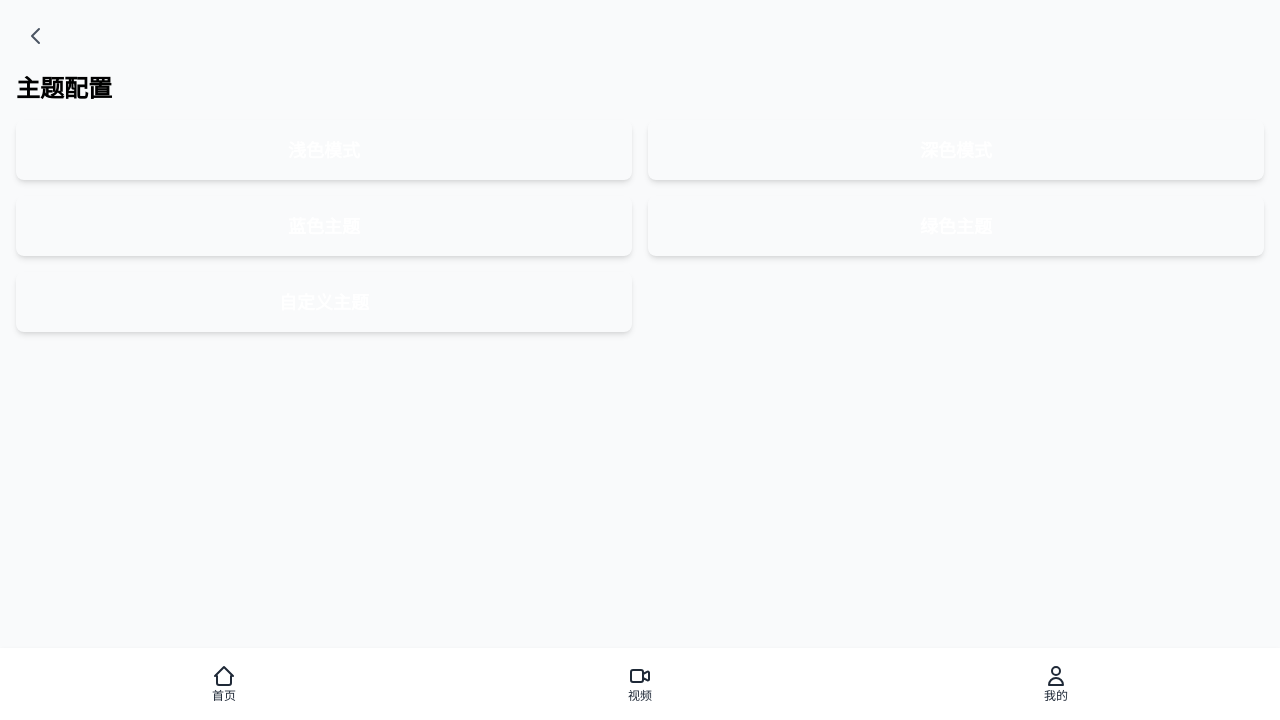
Repository: Look625/simpleNewsForAIRace
Page: /profile/theme-config
An editor plug-in stored every save of this project. The page is shown before and after the next save, followed by the edit.
The browser window is 1280 px wide. The pictures show the whole page.
The project was rebuilt for these pictures with package versions that can differ from the ones it lists, and the page was loaded fresh each time. Also part of the build but not shown: vite.config.ts.

Above is the page before, as saved 2025-02-26 10:25:20.

### index.html
<!DOCTYPE html>
<html lang="en">
  <head>
    <meta charset="UTF-8" />
    <link rel="icon" type="image/svg+xml" href="/vite.svg" />
    <meta name="viewport" content="width=device-width, initial-scale=1.0" />
    <title>MyAPP</title>
  </head>
  <body>
    <div id="app"></div>
    <script type="module" src="/src/main.ts"></script>
  </body>
</html>

### src/main.ts
import { createApp } from 'vue'
import { createPinia } from 'pinia'
import App from './App.vue'
import router from './router'
import './index.css'
import './assets/theme.css'

const app = createApp(App)
app.use(createPinia())
app.use(router)
app.mount('#app')

### src/App.vue
<template>
  <div id="app">
    <router-view />
    <TabBar />
  </div>
</template>

<script setup lang="ts">
import TabBar from '@/components/TabBar.vue'
</script>

<style>
/* 这里可以添加全局样式 */
</style>

### src/router/index.ts
import { createRouter, createWebHistory } from 'vue-router'
import type { RouteRecordRaw } from 'vue-router'

const routes: RouteRecordRaw[] = [
  {
    path: '/',
    name: 'Home',
    component: () => import('@/views/Home.vue'),
    meta: {
      title: '首页'
    }
  },
  {
    path: '/video',
    name: 'Video',
    component: () => import('@/views/Video.vue'),
    meta: {
      title: '视频'
    }
  },
  {
    path: '/video/:id',
    name: 'VideoDetail',
    component: () => import('@/views/VideoDetail.vue'),
    meta: {
      title: '视频详情'
    }
  },
  {
    path: '/profile',
    name: 'Profile',
    component: () => import('@/views/Profile.vue'),
    meta: {
      title: '我的'
    }
  },
  {
    path: '/profile/edit',
    name: 'ProfileEdit',
    component: () => import('@/views/ProfileEdit.vue'),
    meta: {
      title: '编辑个人资料'
    }
  },
  {
    path: '/profile/theme-config',
    name: 'ThemeConfig',
    component: () => import('@/views/ThemeConfig.vue'),
    meta: {
      title: '主题配置'
    }
  },
  {
    path: '/article/:id',
    name: 'Article',
    component: () => import('@/views/Article.vue'),
    meta: {
      title: '文章详情'
    }
  }
]

const router = createRouter({
  history: createWebHistory(),
  routes,
  scrollBehavior(to, from, savedPosition) {
    if (savedPosition) {
      return savedPosition
    } else {
      return { top: 0 }
    }
  }
})

export default router

### src/index.css
@tailwind base;
@tailwind components;
@tailwind utilities;

html, body {
  height: 100%;
}

#app {
  min-height: 100%;
}

### src/assets/theme.css
/* 浅色主题 */
[data-theme='light'] {
  --bg-primary: theme('colors.white');
  --text-primary: theme('colors.gray.800');
}

/* 深色主题 */
[data-theme='dark'] {
  --bg-primary: theme('colors.gray.900');
  --text-primary: theme('colors.gray.100');
}

/* 蓝色主题 */
[data-theme='blue'] {
  --bg-primary: theme('colors.blue.50');
  --text-primary: theme('colors.blue.900');
}

/* 绿色主题 */
[data-theme='green'] {
  --bg-primary: theme('colors.green.50');
  --text-primary: theme('colors.green.900');
}

/* 自定义主题 */
[data-theme='custom'] {
  --bg-primary: var(--custom-background);
  --text-primary: var(--custom-text);
}

/* 应用主题颜色 */
body {
  background-color: var(--bg-primary);
  color: var(--text-primary);
}

.theme-primary {
  background-color: var(--custom-primary);
}

.theme-secondary {
  background-color: var(--custom-secondary);
}

/* 导航栏主题样式 */
[data-theme='light'] .tab-bar {
  --nav-bg: theme('colors.white');
  --nav-text: theme('colors.gray.500');
  --nav-active: theme('colors.blue.500');
}

[data-theme='dark'] .tab-bar {
  --nav-bg: theme('colors.gray.900');
  --nav-text: theme('colors.gray.400');
  --nav-active: theme('colors.blue.400');
}

[data-theme='blue'] .tab-bar {
  --nav-bg: theme('colors.blue.50');
  --nav-text: theme('colors.blue.600');
  --nav-active: theme('colors.blue.500');
}

[data-theme='green'] .tab-bar {
  --nav-bg: theme('colors.green.50');
  --nav-text: theme('colors.green.600');
  --nav-active: theme('colors.green.500');
}

[data-theme='custom'] .tab-bar {
  --nav-bg: var(--custom-background);
  --nav-text: var(--custom-text);
  --nav-active: var(--custom-primary);
}

### src/components/TabBar.vue
<template>
  <footer :class="['fixed bottom-0 left-0 right-0 shadow-md z-100', currentThemeClass]">
    <div class="flex justify-around p-4">
      <router-link to="/" class="flex flex-col items-center" active-class="text-blue-500">
        <svg class="w-6 h-6" fill="none" stroke="currentColor" viewBox="0 0 24 24">
          <path stroke-linecap="round" stroke-linejoin="round" stroke-width="2" d="M3 12l9-9 9 9M5 12v7a2 2 0 002 2h10a2 2 0 002-2v-7" />
        </svg>
        <span class="text-xs">首页</span>
      </router-link>
      <router-link to="/video" class="flex flex-col items-center" active-class="text-blue-500">
        <svg class="w-6 h-6" fill="none" stroke="currentColor" viewBox="0 0 24 24">
          <path stroke-linecap="round" stroke-linejoin="round" stroke-width="2" d="M15 10l4.553-2.276A1 1 0 0121 8.618v6.764a1 1 0 01-1.447.894L15 14M5 18h8a2 2 0 002-2V8a2 2 0 00-2-2H5a2 2 0 00-2 2v8a2 2 0 002 2z" />
        </svg>
        <span class="text-xs">视频</span>
      </router-link>
      <router-link to="/profile" class="flex flex-col items-center" active-class="text-blue-500">
        <svg class="w-6 h-6" fill="none" stroke="currentColor" viewBox="0 0 24 24">
          <path stroke-linecap="round" stroke-linejoin="round" stroke-width="2" d="M16 7a4 4 0 11-8 0 4 4 0 018 0zM12 14a7 7 0 00-7 7h14a7 7 0 00-7-7z" />
        </svg>
        <span class="text-xs">我的</span>
      </router-link>
    </div>
  </footer>
</template>

<script setup lang="ts">
import { computed } from 'vue'
import { useRoute } from 'vue-router'
import { useThemeStore } from '@/stores/theme'

const route = useRoute()
const themeStore = useThemeStore()
const currentThemeClass = computed(() => {
  switch (themeStore.currentTheme) {
    case 'light':
      return 'bg-white text-gray-800'
    case 'dark':
      return 'bg-gray-800 text-white'
    case 'blue':
      return 'bg-blue-500 text-white'
    case 'green':
      return 'bg-green-500 text-white'
    default:
      return 'bg-white text-gray-800'
  }
})
</script>

<style scoped>
footer {
  z-index: 100; /* 确保 TabBar 在其他内容之上 */
  box-shadow: 0 2px 4px rgba(0, 0, 0, 0.1); /* 添加阴影效果 */
}
</style>

### src/views/ThemeConfig.vue
<template>
  <div class="theme-config min-h-screen bg-gray-50 p-4">
    <!-- 返回按钮 -->
    <button @click="router.back()" class="mb-4 text-gray-600 hover:bg-gray-100 p-2 rounded-full">
      <svg class="w-6 h-6" fill="none" stroke="currentColor" viewBox="0 0 24 24">
        <path stroke-linecap="round" stroke-linejoin="round" stroke-width="2" d="M15 19l-7-7 7-7" />
      </svg>
    </button>

    <h1 class="text-2xl font-bold mb-4">主题配置</h1>
    <div class="grid grid-cols-2 gap-4">
      <button
        v-for="theme in themes"
        :key="theme.value"
        class="p-4 rounded-lg shadow-md transition-transform transform hover:scale-105"
        :style="{ background: theme.bgColor }"
        @click="applyTheme(theme.value)"
      >
        <h2 class="text-lg font-semibold text-white">{{ theme.label }}</h2>
      </button>
    </div>
  </div>
</template>

<script setup lang="ts">
import { ref } from 'vue'
import { useRouter } from 'vue-router'
import { useThemeStore } from '@/stores/theme'

const router = useRouter()
const themeStore = useThemeStore()

const themes = ref([
  { label: '浅色模式', value: 'light', bgClass: 'bg-white text-gray-800',bgColor:'bg-white' },
  { label: '深色模式', value: 'dark', bgClass: 'bg-gray-800 text-white',bgColor:'bg-gray-800' },
  { label: '蓝色主题', value: 'blue', bgClass: 'bg-blue-500 text-white',bgColor:'bg-blue-500' },
  { label: '绿色主题', value: 'green', bgClass: 'bg-green-500 text-white',bgColor:'bg-green-500' },
  { label: '自定义主题', value: 'custom', bgClass: 'theme-primary text-white',bgColor:'theme-primary' },
])

const applyTheme = (themeName: string) => {
  themeStore.saveThemeConfig(themeName, themeStore.customColors)
  console.log(`应用主题: ${themeName}`)
}
</script>

<style scoped>
.theme-config {
  background-color: #f9fafb; /* 背景色 */
}
</style>

### src/stores/theme.ts
import { defineStore } from 'pinia'

export type ThemeType = 'light' | 'dark' | 'blue' | 'green' | 'custom'

export interface ThemeOption {
  label: string
  value: ThemeType
  bgClass: string
  active: boolean
  order: number
}

export type ThemeColors = {
  primary: string
  secondary: string
  background: string
  text: string
}

interface ThemeState {
  currentTheme: ThemeType
  customColors: ThemeColors
  themeOptions: ThemeOption[]
}

const defaultCustomColors: ThemeColors = {
  primary: '#3b82f6',
  secondary: '#60a5fa',
  background: '#ffffff',
  text: '#1f2937'
}

const defaultThemeOptions: ThemeOption[] = [
  { label: '浅色模式', value: 'light', bgClass: 'bg-white text-gray-800', active: true, order: 0 },
  { label: '深色模式', value: 'dark', bgClass: 'bg-gray-800 text-white', active: true, order: 1 },
  { label: '蓝色主题', value: 'blue', bgClass: 'bg-blue-500 text-white', active: true, order: 2 },
  { label: '绿色主题', value: 'green', bgClass: 'bg-green-500 text-white', active: true, order: 3 },
  { label: '自定义主题', value: 'custom', bgClass: 'theme-primary text-white', active: true, order: 4 }
]

export const useThemeStore = defineStore('theme', {
  state: (): ThemeState => ({
    currentTheme: (localStorage.getItem('theme') as ThemeType) || 'light',
    customColors: JSON.parse(localStorage.getItem('customColors') || JSON.stringify(defaultCustomColors)),
    themeOptions: JSON.parse(localStorage.getItem('themeOptions') || JSON.stringify(defaultThemeOptions))
  }),
  getters: {
    activeThemes: (state) => {
      return state.themeOptions
        .filter(theme => theme.active)
        .sort((a, b) => a.order - b.order)
        .slice(0, 5)
    }
  },
  actions: {
    setTheme(theme: ThemeType) {
      this.currentTheme = theme
      document.documentElement.setAttribute('data-theme', theme)
      localStorage.setItem('theme', theme)

      // 应用主题颜色
      if (theme === 'light') {
        document.documentElement.style.setProperty('--bg-primary', '#ffffff');
        document.documentElement.style.setProperty('--text-primary', '#1f2937');
      } else if (theme === 'dark') {
        document.documentElement.style.setProperty('--bg-primary', '#1f2937');
        document.documentElement.style.setProperty('--text-primary', '#ffffff');
      } else if (theme === 'blue') {
        document.documentElement.style.setProperty('--bg-primary', '#3b82f6');
        document.documentElement.style.setProperty('--text-primary', '#ffffff');
      } else if (theme === 'green') {
        document.documentElement.style.setProperty('--bg-primary', '#22c55e');
        document.documentElement.style.setProperty('--text-primary', '#ffffff');
      }
    },
    saveThemeConfig(theme: ThemeType, colors: Partial<ThemeColors>) {
      this.setTheme(theme)
      this.setCustomColors(colors)
    },
    setCustomColors(colors: Partial<ThemeColors>) {
      this.customColors = { ...this.customColors, ...colors }
      localStorage.setItem('customColors', JSON.stringify(this.customColors))
      if (this.currentTheme === 'custom') {
        this.applyCustomColors()
      }
    },
    applyCustomColors() {
      const root = document.documentElement
      root.style.setProperty('--custom-primary', this.customColors.primary)
      root.style.setProperty('--custom-secondary', this.customColors.secondary)
      root.style.setProperty('--custom-background', this.customColors.background)
      root.style.setProperty('--custom-text', this.customColors.text)
    },
    updateThemeOptions(options: ThemeOption[]) {
      this.themeOptions = options
      localStorage.setItem('themeOptions', JSON.stringify(options))
    },
    toggleTheme(value: ThemeType) {
      const theme = this.themeOptions.find(t => t.value === value)
      if (theme) {
        theme.active = !theme.active
        localStorage.setItem('themeOptions', JSON.stringify(this.themeOptions))
      }
    },
    reorderThemes(fromIndex: number, toIndex: number) {
      const themes = [...this.themeOptions]
      const [removed] = themes.splice(fromIndex, 1)
      themes.splice(toIndex, 0, removed)
      themes.forEach((theme, index) => {
        theme.order = index
      })
      this.themeOptions = themes
      localStorage.setItem('themeOptions', JSON.stringify(themes))
    }
  }
})

### tailwind.config.js
/** @type {import('tailwindcss').Config} */
export default {
  content: [
    "./index.html",
    "./src/**/*.{vue,js,ts,jsx,tsx}",
  ],
  theme: {
    extend: {
      colors: {
        // 定义主题颜色
        primary: {
          light: '#ffffff',
          dark: '#1a1a1a',
          blue: '#3b82f6',
          green: '#22c55e'
        }
      }
    },
  },
  plugins: [],
}

After the next save:
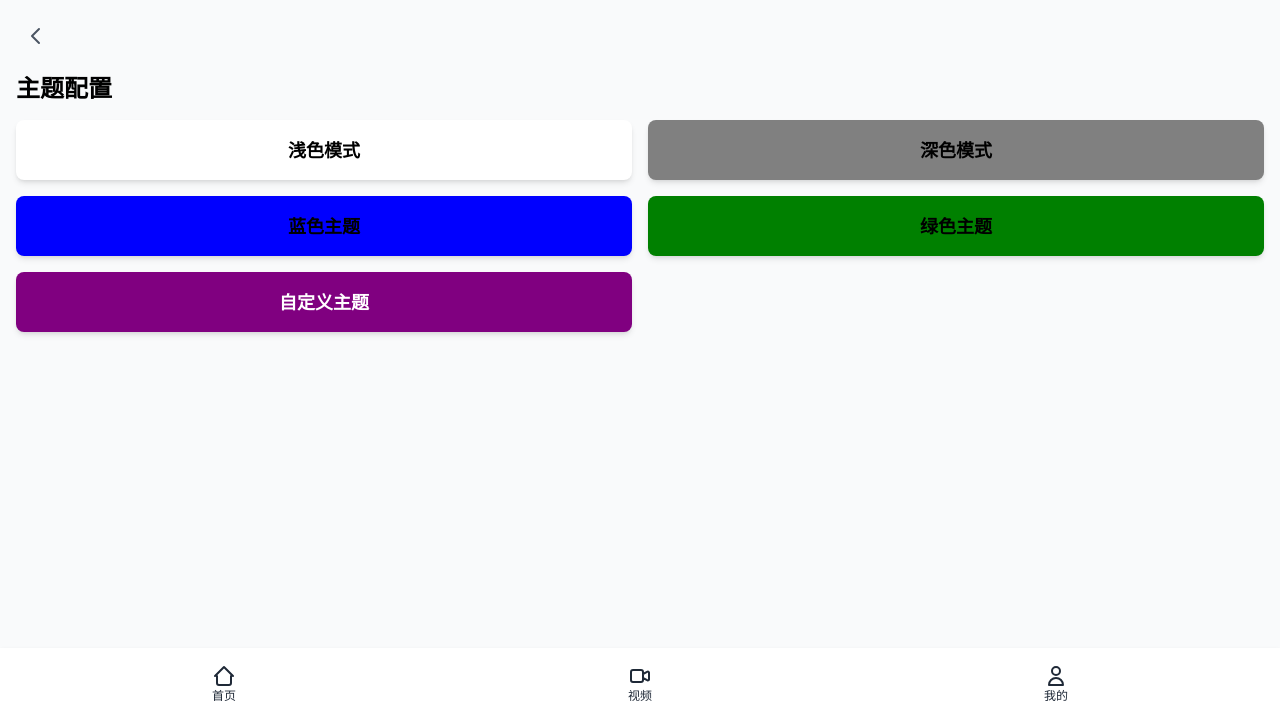
Saved 2 min 23 s later.
--- a/src/views/ThemeConfig.vue
+++ b/src/views/ThemeConfig.vue
@@ -13,10 +13,10 @@
         v-for="theme in themes"
         :key="theme.value"
         class="p-4 rounded-lg shadow-md transition-transform transform hover:scale-105"
-        :style="{ background: theme.bgColor }"
+        :style="{ background: theme.bgColor, color: theme.value === 'custom' ? 'white' : 'black' }"
         @click="applyTheme(theme.value)"
       >
-        <h2 class="text-lg font-semibold text-white">{{ theme.label }}</h2>
+        <h2 class="text-lg font-semibold">{{ theme.label }}</h2>
       </button>
     </div>
   </div>
@@ -31,11 +31,11 @@
 const themeStore = useThemeStore()
 
 const themes = ref([
-  { label: '浅色模式', value: 'light', bgClass: 'bg-white text-gray-800',bgColor:'bg-white' },
-  { label: '深色模式', value: 'dark', bgClass: 'bg-gray-800 text-white',bgColor:'bg-gray-800' },
-  { label: '蓝色主题', value: 'blue', bgClass: 'bg-blue-500 text-white',bgColor:'bg-blue-500' },
-  { label: '绿色主题', value: 'green', bgClass: 'bg-green-500 text-white',bgColor:'bg-green-500' },
-  { label: '自定义主题', value: 'custom', bgClass: 'theme-primary text-white',bgColor:'theme-primary' },
+  { label: '浅色模式', value: 'light', bgClass: 'bg-white text-gray-800', bgColor: 'white' },
+  { label: '深色模式', value: 'dark', bgClass: 'bg-gray-800 text-white', bgColor: 'gray' },
+  { label: '蓝色主题', value: 'blue', bgClass: 'bg-blue-500 text-white', bgColor: 'blue' },
+  { label: '绿色主题', value: 'green', bgClass: 'bg-green-500 text-white', bgColor: 'green' },
+  { label: '自定义主题', value: 'custom', bgClass: 'theme-primary text-white', bgColor: 'purple' },
 ])
 
 const applyTheme = (themeName: string) => {

After the save that followed:
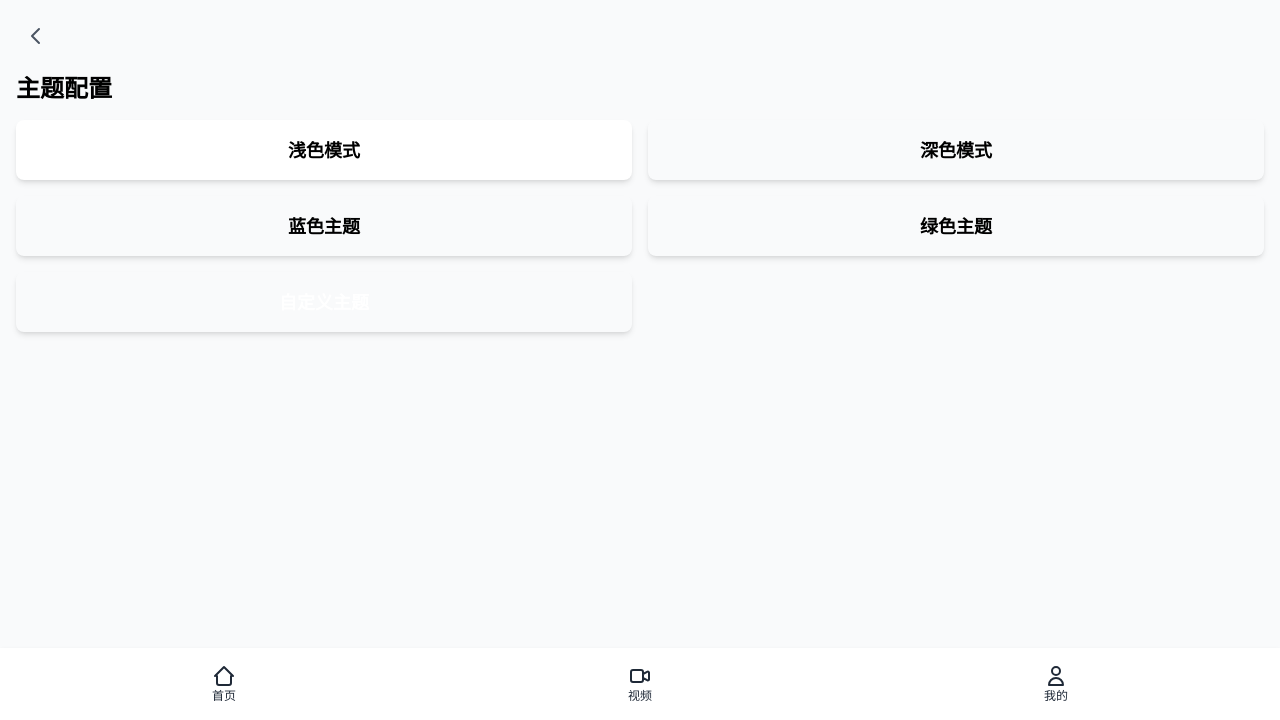
Saved 3 min 31 s later.
--- a/src/views/ThemeConfig.vue
+++ b/src/views/ThemeConfig.vue
@@ -32,10 +32,10 @@
 
 const themes = ref([
   { label: '浅色模式', value: 'light', bgClass: 'bg-white text-gray-800', bgColor: 'white' },
-  { label: '深色模式', value: 'dark', bgClass: 'bg-gray-800 text-white', bgColor: 'gray' },
-  { label: '蓝色主题', value: 'blue', bgClass: 'bg-blue-500 text-white', bgColor: 'blue' },
-  { label: '绿色主题', value: 'green', bgClass: 'bg-green-500 text-white', bgColor: 'green' },
-  { label: '自定义主题', value: 'custom', bgClass: 'theme-primary text-white', bgColor: 'purple' },
+  { label: '深色模式', value: 'dark', bgClass: 'bg-gray-800 text-white', bgColor: 'bg-gray-800' },
+  { label: '蓝色主题', value: 'blue', bgClass: 'bg-blue-500 text-white', bgColor: 'bg-blue-500' },
+  { label: '绿色主题', value: 'green', bgClass: 'bg-green-500 text-white', bgColor: 'bg-green-500' },
+  { label: '自定义主题', value: 'custom', bgClass: 'theme-primary text-white', bgColor: 'theme-primary ' },
 ])
 
 const applyTheme = (themeName: string) => {
